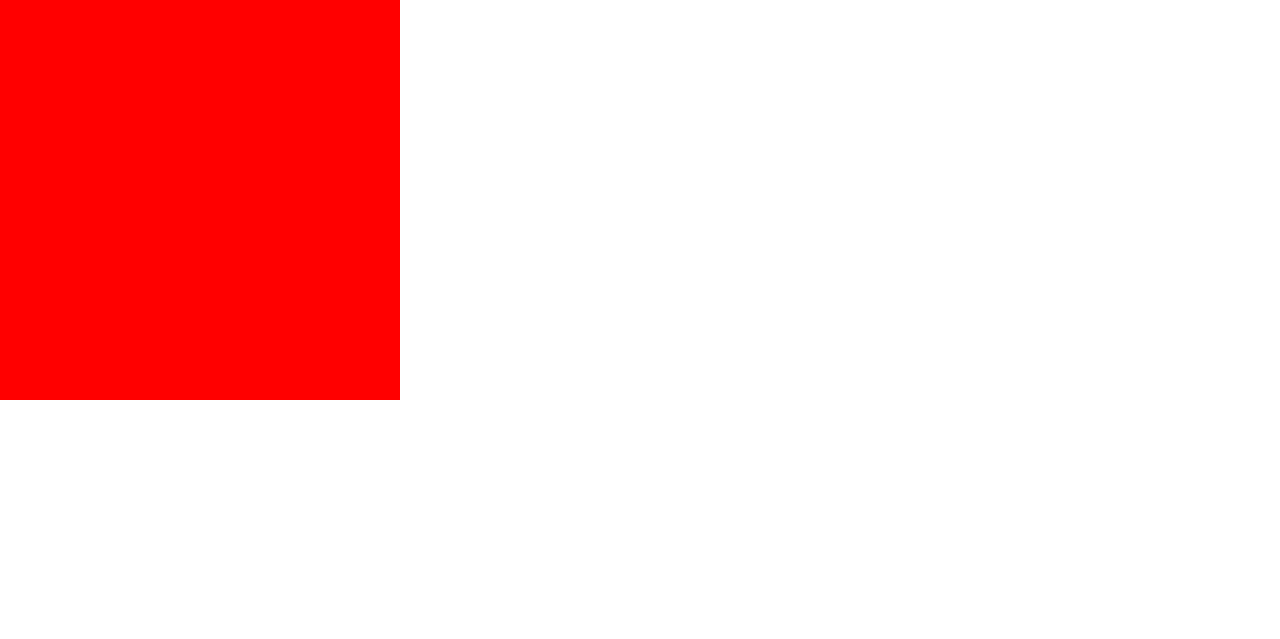
Repository: Ryszard-Penkala/Canvas-p5
Page: index.html
These files come from the project's save history. The page is drawn as it stood at one moment and after the next save; the edit follows.
The browser window is 1280 px wide. The pictures show the whole page.
Some web libraries are served in a nearby version.

Above is the page before, as saved 2020-07-03 07:35:08.
Console error: SyntaxError: Unexpected token ')'

### index.html
<!DOCTYPE html>
<html lang="en">
<head>
    <meta charset="UTF-8">
    <meta name="viewport" content="width=device-width, initial-scale=1.0">
    <link rel="stylesheet" href="./assets/styles/style.css">
    <script src="https://cdnjs.cloudflare.com/ajax/libs/p5.js/1.0.0/p5.min.js"></script>
    <title>p5</title>
</head>
<body>
    <div class="divek" id="divek"></div>


<script src="./assets/js/index.js"></script>
</body>
</html>

### assets/styles/style.css
*,
*::before,
*::after {
  margin: 0;
  padding: 0;
  -webkit-box-sizing: border-box;
          box-sizing: border-box;
}

.divek {
  width: 400px;
  height: 400px;
  background-color: red;
}
/*# sourceMappingURL=style.css.map */

### assets/js/index.js
console.log('siema');

function setup() {
    let myCanvas = createCanvas(100%);
    myCanvas.parent('divek');
  }

  function draw() {
    background(220);
  }

After the next save:
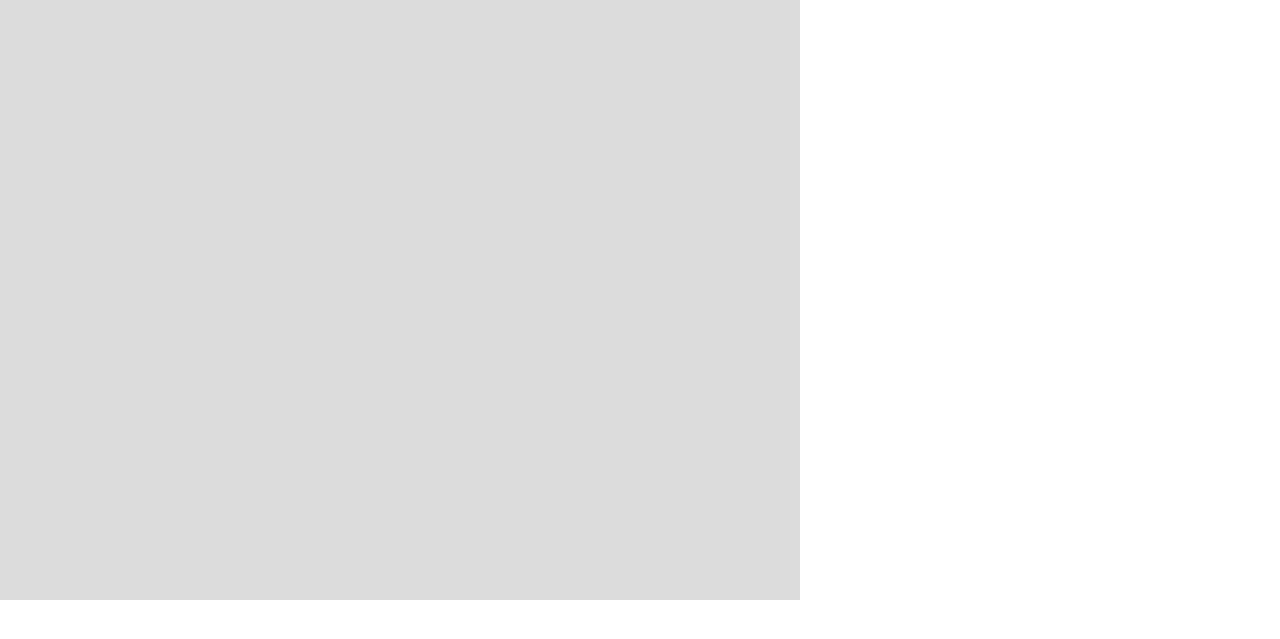
The error is gone.
Saved 41 s later.
--- a/assets/js/index.js
+++ b/assets/js/index.js
@@ -1,7 +1,7 @@
 console.log('siema');
 
 function setup() {
-    let myCanvas = createCanvas(100%);
+    let myCanvas = createCanvas(displayWidth, displayHeight);
     myCanvas.parent('divek');
   }
 
